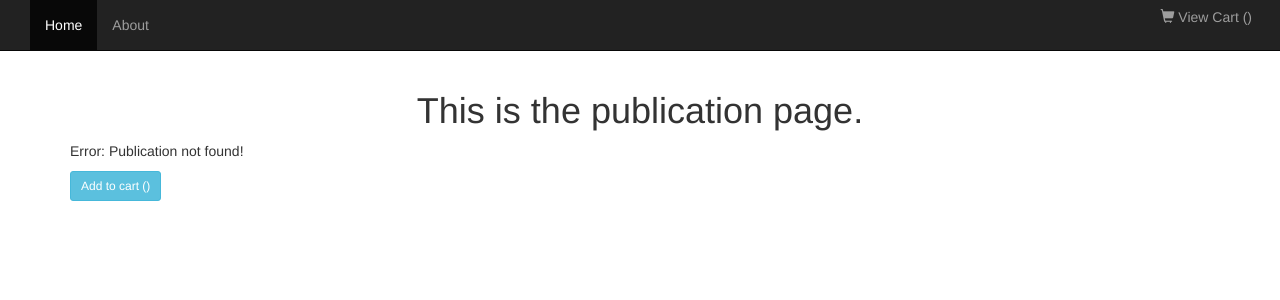
Repository: iancwwong/DigitalBibliographicalLibrary
Page: http://localhost/DigitalBibliographicLibrary/publicationpage.jsp
These files come from the project's save history. The page is drawn as it stood at one moment and after the next save; the edit follows.
The browser window is 1280 px wide. The pictures show the whole page.
The page is served by Tomcat 9. Other server files are loaded and not shown. The template is opened directly, without the code that normally fills it, so the values that code supplies are empty.

Above is the page before, as saved 2016-08-28 01:17:06.

### DigitalBibliographicLibrary/WebContent/publicationpage.jsp
<%@ page language="java" contentType="text/html; charset=ISO-8859-1"
    pageEncoding="ISO-8859-1"%>

<!-- JSLT core -->
<%@ taglib prefix="c" uri="http://java.sun.com/jsp/jstl/core" %>

<!-- Publication -->
<%@ page import="edu.unsw.comp9321.*"%>

<!DOCTYPE html PUBLIC "-//W3C//DTD HTML 4.01 Transitional//EN" "http://www.w3.org/TR/html4/loose.dtd">
<html>
<head>
	<!--  Bootstrap meta tags  -->
    <meta charset="utf-8">
    <meta http-equiv="X-UA-Compatible" content="IE=edge">
    <meta name="viewport" content="width=device-width, initial-scale=1">

	<title>DBLP - View Publication</title>

	<!-- Bootstrap -->
    <link href="css/bootstrap.min.css" rel="stylesheet">

    <!--  Page styling -->
    <link href="css/general.css" rel="stylesheet">
    <link href="css/navbar.css" rel="stylesheet">
</head>
<body>

	<!-- navbar -->
	<%@ include file="include/navbar.html"%>

	<!-- Publication Content -->
	<div class="container">

		<center>
			<h1> This is the publication page. </h1>
		</center>
		<c:choose>
			<c:when test="${empty publicationPageBean.publication.id}">
			  <p>Error: Publication not found!</p>
			</c:when>

			<c:otherwise>
			  <p>ID: ${publicationPageBean.publication.id} </p>
			  <p>Title: ${publicationPageBean.publication.title} </p>
			</c:otherwise>
		</c:choose>

		<!--  Add item to cart
		================================================ -->
		<form action='control' method='POST'>
			<input type='hidden' name="action" value="addPublicationToCart"/>
			<input type='hidden' name="pubID" value="${publicationPageBean.publication.id}"/>
			<input type='hidden' name="pubType" value="${publicationPageBean.publication.type}"/>
			<button type="submit" class="btn btn-info btn-sm">
				Add to cart (${publicationPageBean.publication.price})
			</button>
		</form>

	</div>

    <!-- ========= Bootstrap Core Javascript =========== -->
    <!-- jQuery (necessary for Bootstrap's JavaScript plugins) -->
    <script src="https://ajax.googleapis.com/ajax/libs/jquery/1.12.4/jquery.min.js"></script>
    <!-- Include all compiled plugins (below), or include individual files as needed -->
    <script src="js/bootstrap.min.js"></script>

</body>
</html>

### DigitalBibliographicLibrary/WebContent/include/navbar.html
<!--  This file contains the information of the navigation bar -->
<!-- Navbar content -->
<div class="navbar-wrapper">

    <nav class="navbar navbar-inverse navbar-static-top">
      <div class="container">
        <div id="navbar" class="navbar-collapse collapse">
          <ul class="nav navbar-nav">
            <li class="active"><a href="">Home</a></li>
            <li><a href="">About</a></li>
          </ul>
          <ul class="nav navbar-nav navbar-right">
          	<li>
				<form action='control' method='POST'>
					<input type='hidden' name="action" value="viewCartPage"/>
					<button type="submit" class="btn btn-link">
						<span class="glyphicon glyphicon-shopping-cart"></span>
						View Cart (${userBean.cart.numItems})
					</button>
				</form>
          	</li>
          </ul>
        </div>
      </div>
    </nav>

</div>

### DigitalBibliographicLibrary/WebContent/css/general.css
// Body
body {
	margin: 0;
	padding: 10px;
}

// Footer
footer {
  background-color: #555;
  color: white;
  padding: 15px;
}

### DigitalBibliographicLibrary/WebContent/css/navbar.css
<!-- This file contains the stylings for the navigation bar -->

/* Special class on .container surrounding .navbar, used for positioning it into place. */
.navbar-wrapper {
  position: absolute;
  top: 0;
  right: 0;
  left: 0;
  z-index: 20;
}

/* Flip around the padding for proper display in narrow viewports */
.navbar-wrapper > .container {
  padding-right: 0;
  padding-left: 0;
}
.navbar-wrapper .navbar {
  padding-right: 15px;
  padding-left: 15px;
}
.navbar-wrapper .navbar .container {
  width: auto;
}

Loaded but not shown: DigitalBibliographicLibrary/WebContent/css/bootstrap.min.css (library); DigitalBibliographicLibrary/WebContent/js/bootstrap.min.js (library)

After the next save:
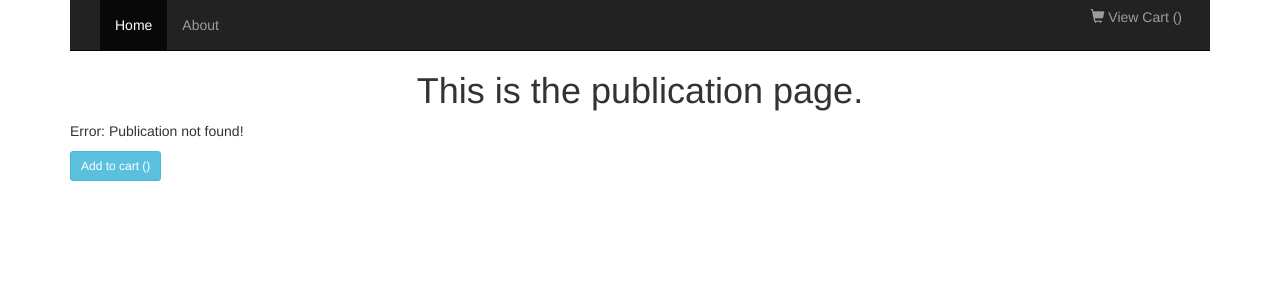
Saved 100 s later.
--- a/DigitalBibliographicLibrary/WebContent/publicationpage.jsp
+++ b/DigitalBibliographicLibrary/WebContent/publicationpage.jsp
@@ -26,11 +26,12 @@
 </head>
 <body>
 
-	<!-- navbar -->
-	<%@ include file="include/navbar.html"%>
+
 
 	<!-- Publication Content -->
 	<div class="container">
+		<!-- navbar -->
+		<%@ include file="include/navbar.html"%>
 
 		<center>
 			<h1> This is the publication page. </h1>
